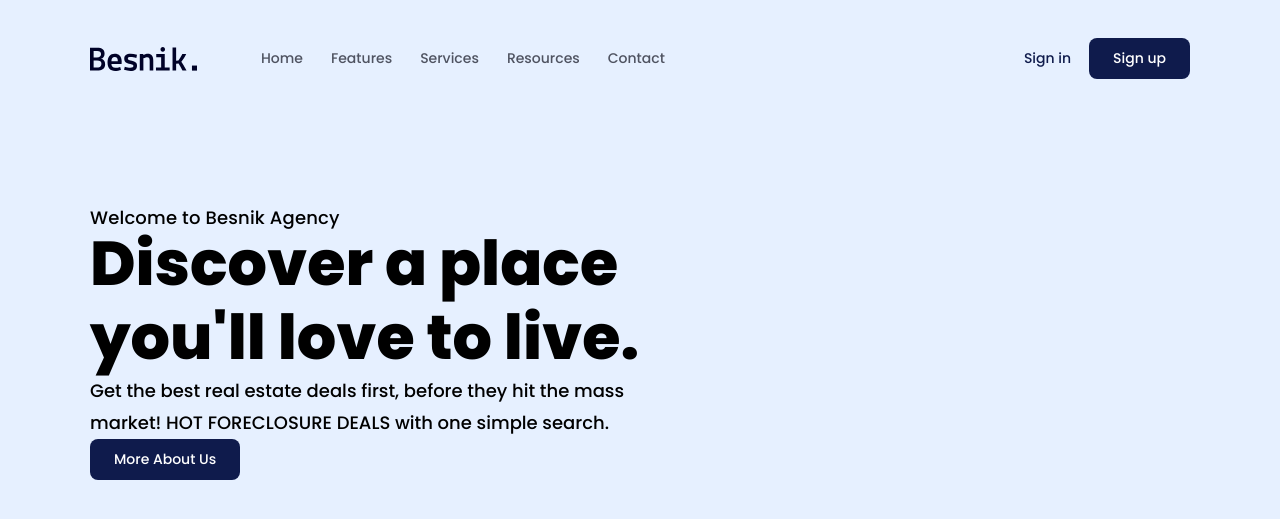
Repository: ducvui2003/f8-project-01
Page: index.html
These files come from the project's save history. The page is drawn as it stood at one moment and after the next save; the edit follows.
The browser window is 1280 px wide. The pictures show the whole page.

Above is the page before, as saved 2023-06-16 19:43:01.

After the next save:
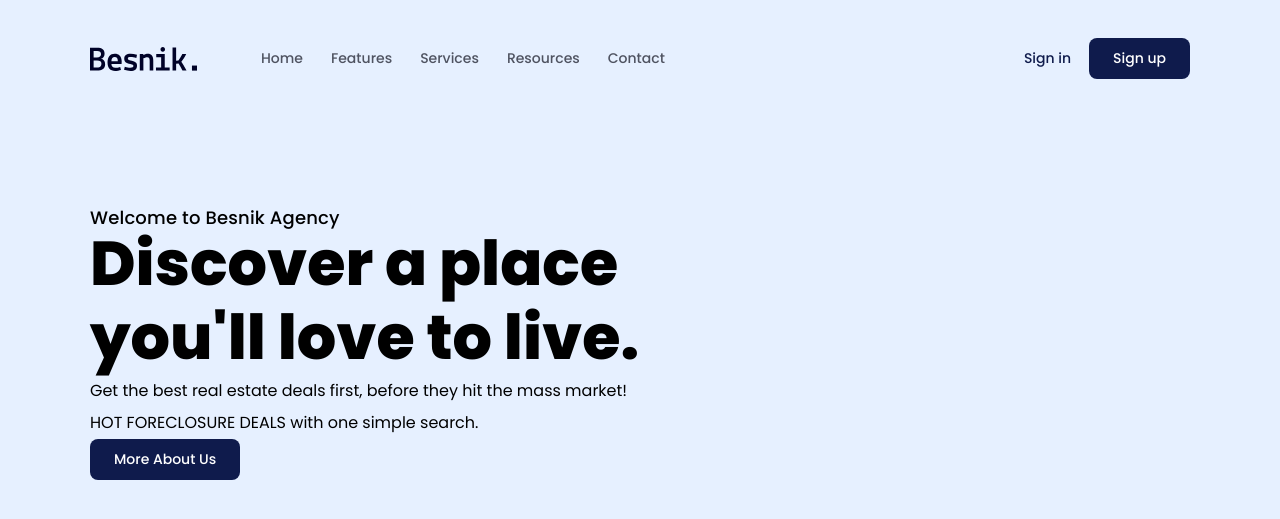
Saved 50 s later.
--- a/asset/css/styles.css
+++ b/asset/css/styles.css
@@ -84,8 +84,7 @@
 .hero .info {
   width: 51%;
 }
-.hero .sub-title,
-.hero .desc {
+.hero .sub-title {
   font-style: normal;
   font-weight: 500;
   font-size: 1.8rem;
